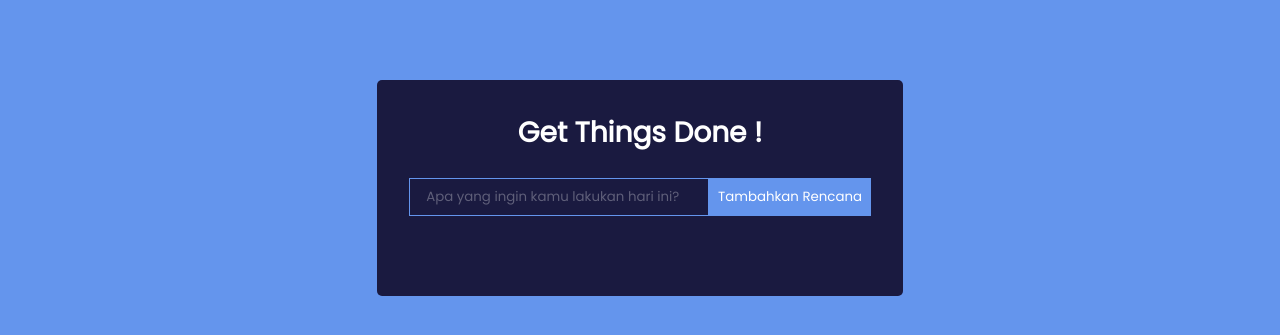
Repository: mfarhannr/Tugas-Reactjs_Farhan
Page: / (app in todolist-app-react-js/)
The author's editor kept a copy of each file at every save. The page is drawn from the files as they stood at one save, then again after the next save.
The browser window is 1280 px wide. The pictures show the whole page.
The project was rebuilt for these pictures with package versions that can differ from the ones it lists, and the page was loaded fresh each time. Also part of the build but not shown: todolist-app-react-js/src/components/Todo.js, todolist-app-react-js/src/components/EditTodoForm.js.

Above is the page before, as saved 2024-05-16 07:34:36.

After the next save:
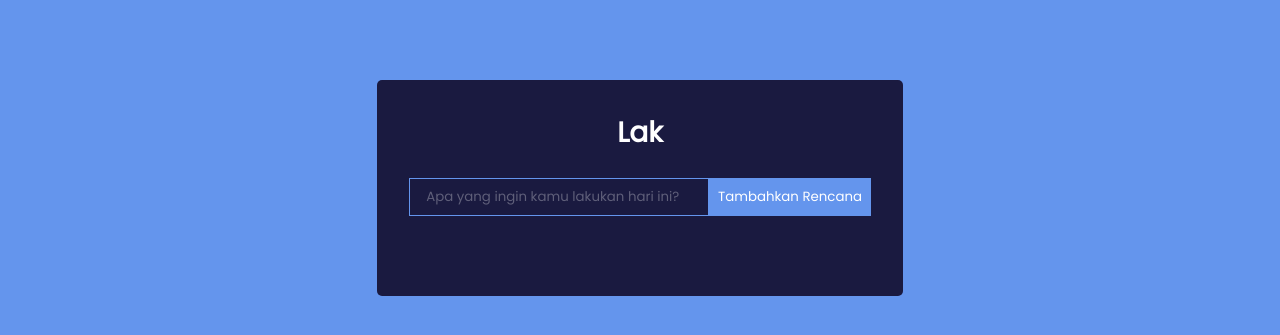
Saved 39 s later.
--- a/todolist-app-react-js/src/components/TodoWrapper.js
+++ b/todolist-app-react-js/src/components/TodoWrapper.js
@@ -42,7 +42,7 @@ export const TodoWrapper = () => {
 
   return (
     <div className="TodoWrapper">
-      <h1>Get Things Done !</h1>
+      <h1>Lak</h1>
       <TodoForm addTodo={addTodo} />
       {/* display todos */}
       {todos.map((todo) =>
